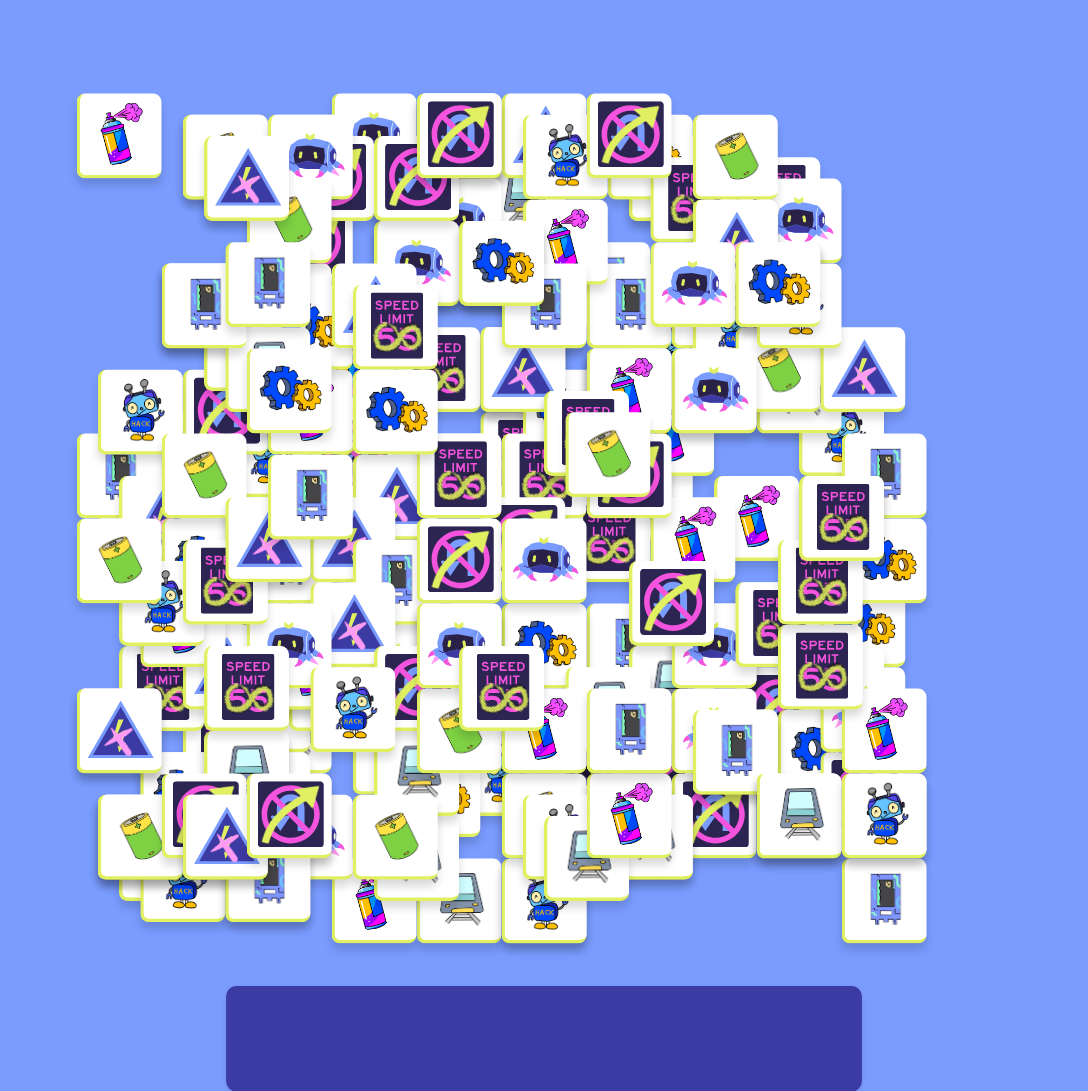
Repository: Avril-Cui/hack-puzzle
Page: / (app in client/)
These files come from the project's save history. The page is drawn as it stood at one moment and after a run of saves; the edit follows.
The browser window is 1280 px wide. The pictures show the whole page, at 85% of full size.
The project was rebuilt for these pictures with package versions that can differ from the ones it lists, and the page was loaded fresh each time. The framework's server and built-in components were replaced by stand-ins that run in the browser. Also part of the build but not shown: client/next.config.ts.

Above is the page before, as saved 2025-06-11 19:59:29.

After the next 2 saves:
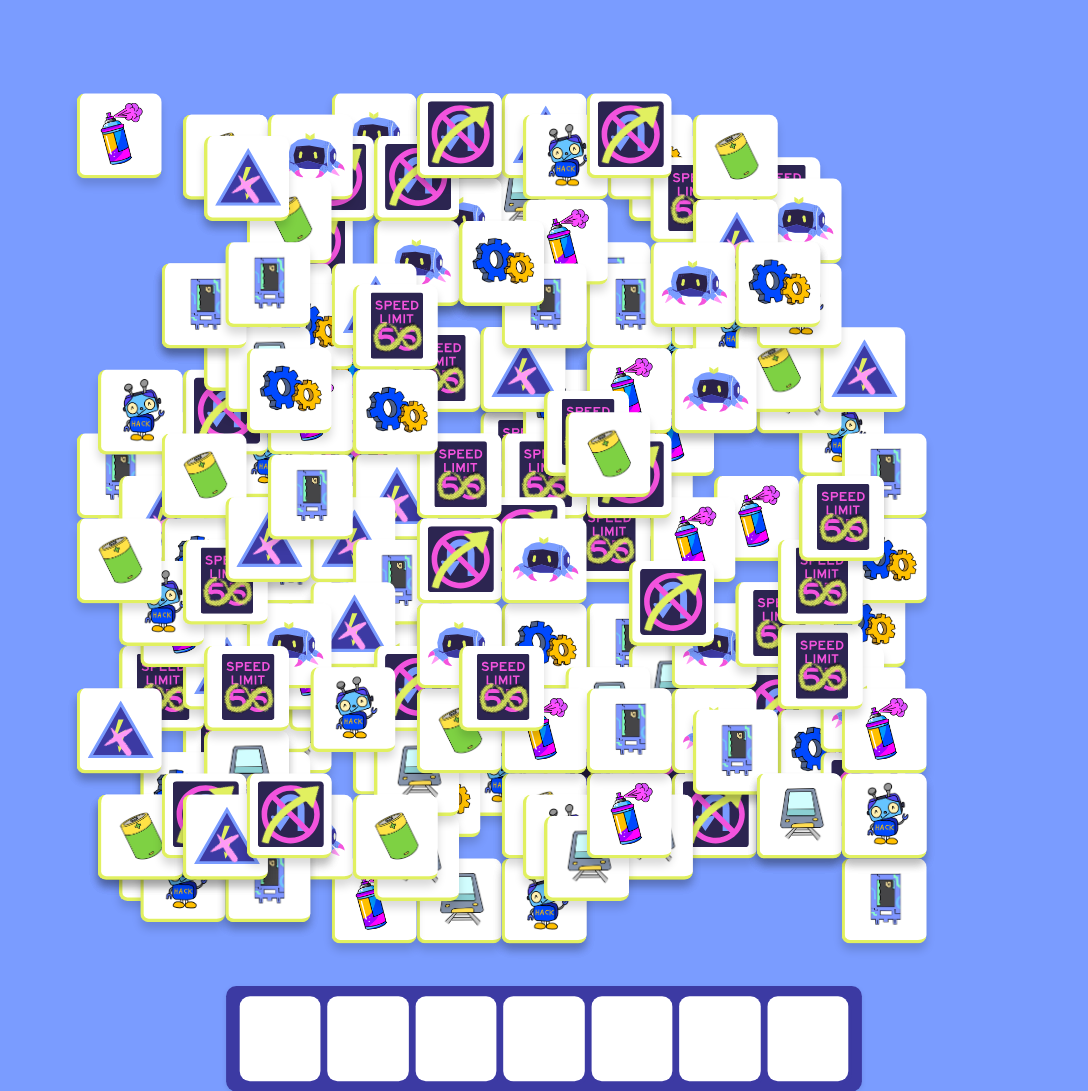
The 2 saves are shown as one change because they came seconds apart.
The last was saved 8 s later.
--- a/client/components/Game.module.css
+++ b/client/components/Game.module.css
@@ -77,6 +77,12 @@
 .queueTile {
   width: 100px;
   height: 100px;
+  background-color: white;
+  border-radius: 12px;
+  box-shadow: 4px 4px 0 #3c3aa3;
+  display: flex;
+  align-items: center;
+  justify-content: center;
 }
 
 .queueTile img {
